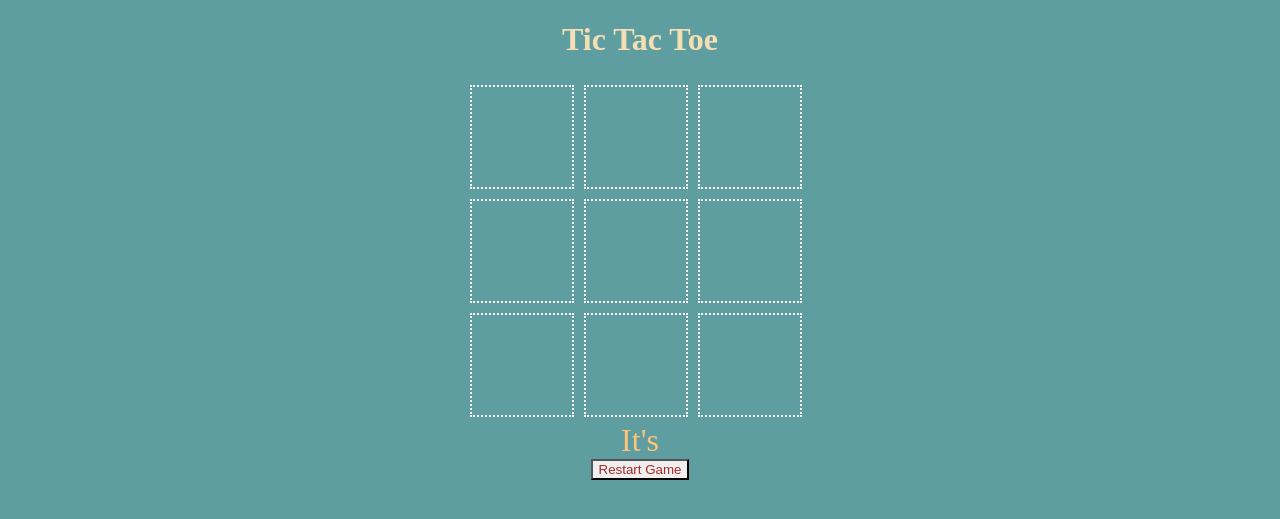
Repository: Hasmik-icml/Tic-Tac-Toe
Page: index.html
The author's editor kept a copy of each file at every save. The page is drawn from the files as they stood at one save, then again after the next save.
The browser window is 1280 px wide. The pictures show the whole page.

Above is the page before, as saved 2022-02-02 23:05:00.

After the next save:
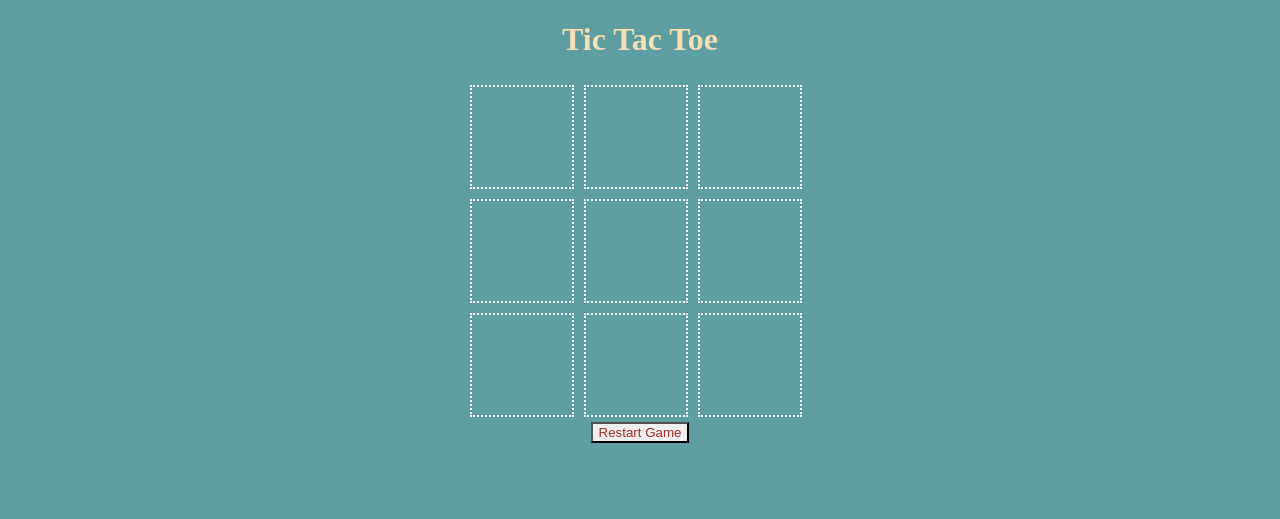
Saved 42 s later.
--- a/index.html
+++ b/index.html
@@ -20,7 +20,7 @@
     <div class="box"></div>
     <div class="box"></div>
   </div>
-  <p class="display-player">It's</p>
+  <p class="display-player"></p>
   <button class="restart">Restart Game</button>
   <script src="/index.js"></script>
 </body>
